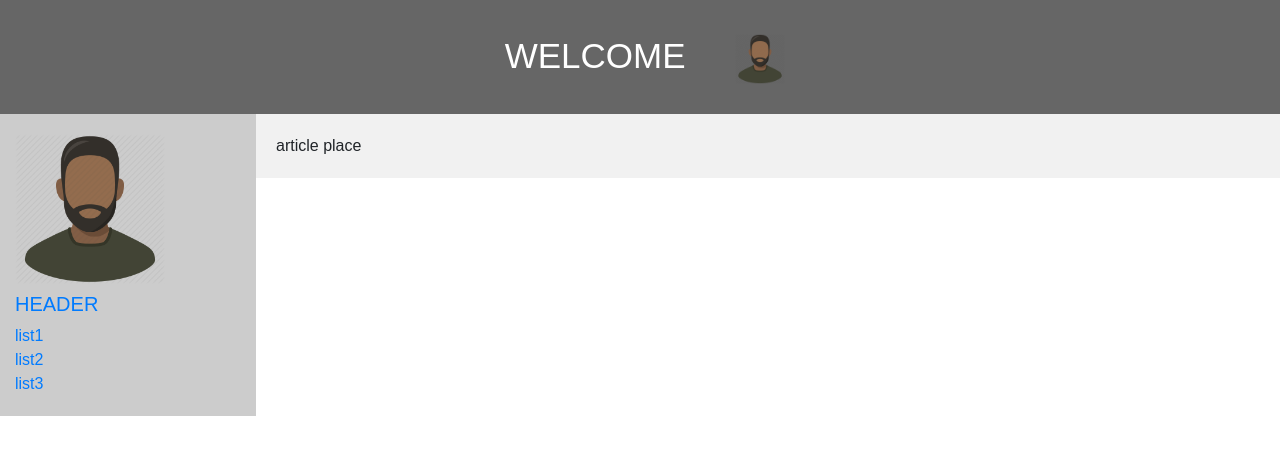
Repository: idrice24/IDRICE24-DASHBOARD
Page: html/header.html
An editor plug-in stored every save of this project. The page is shown before and after the next save, followed by the edit.
The browser window is 1280 px wide. The pictures show the whole page.

Above is the page before, as saved 2020-09-03 23:49:29.

After the next save:
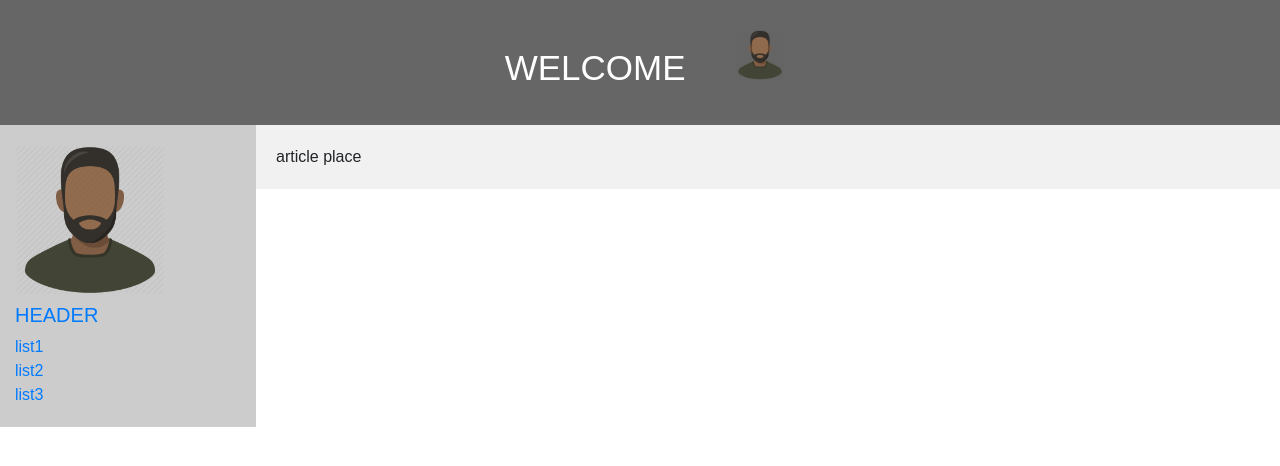
Saved 22 s later.
--- a/html/header.html
+++ b/html/header.html
@@ -16,7 +16,7 @@
         <div style="display:inline-block">
             <div class="col-md-4" style="display:inline-block">
                 <a href="../imgs/login2.PNG" class="thumbnail" style="display:inline-block">
-                    <img src="../imgs/login2.PNG" alt="Pulpit Rock" style="width:50px;height:50px;display:inline-block">
+                    <img src="../imgs/login2.PNG" alt="Pulpit Rock" style="width:50px;height:50px;display:inline-block; float:left">
                 </a>
             </div>
         </div>
